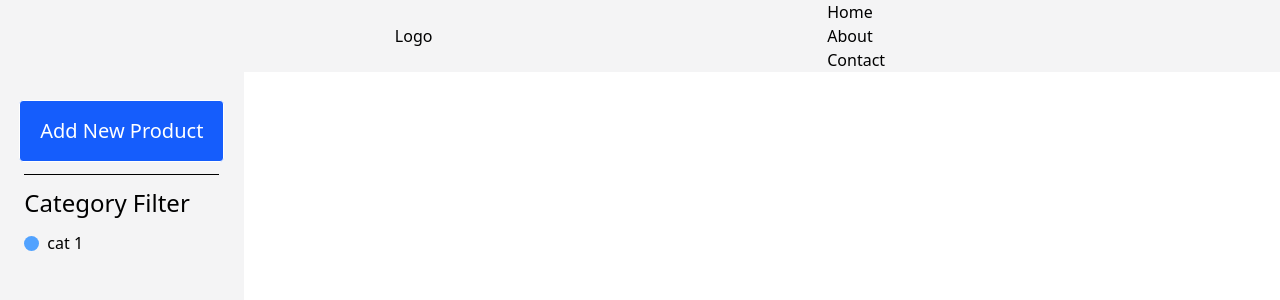
Repository: Habeebur1493/project
Page: /Home
An editor plug-in stored every save of this project. The page is shown before and after the next save, followed by the edit.
The browser window is 1280 px wide. The pictures show the whole page.
The page's requests for data from a server got no answer. The project was rebuilt for these pictures with package versions that can differ from the ones it lists, and the page was loaded fresh each time. No one was signed in, and anything a server would have sent is missing. Also part of the build but not shown: vite.config.js, src/Components/Login.jsx, src/Components/Loading.jsx, src/Components/Details.jsx.

Above is the page before, as saved 2025-01-31 17:50:22.

### index.html
<!doctype html>
<html lang="en">
  <head>
    <meta charset="UTF-8" />
    <meta name="viewport" content="width=device-width, initial-scale=1.0" />
    <title>Project</title>
  </head>
  <body>
    <div id="root"></div>
    <script type="module" src="/src/main.jsx"></script>
  </body>
</html>

### src/main.jsx
import React from "react";
import { createRoot } from "react-dom/client";
import App from "./App.jsx";
import { BrowserRouter } from "react-router-dom";
import Context from "./Components/utils/Context.jsx";

createRoot(document.getElementById("root")).render(
  <Context>
    <BrowserRouter>
      <App />
    </BrowserRouter>
    </Context>

);

### src/App.jsx
import React from "react";
import "./App.css";
import { Route, Routes } from "react-router-dom";
import Login from "./Components/Login.jsx";
import Home from "./Components/Home.jsx";
import Details from "./Components/Details.jsx";


const App = () => {
  return (
    <div className="h-screen w-screen flex">
      <Routes>
        <Route path="/" element={<Login />} />
        <Route path="/Home" element={<Home />} />
        <Route path="/details/:id" element={<Details />} />
      </Routes>
    </div>
  );
};

export default App;

### src/Components/utils/Context.jsx
import React, { createContext, useEffect, useState } from "react";
import axios from "axios";

export const ProductContext = createContext();

const Context = ({children}) => {
  const [products, setproducts] = useState([]);

  const getproducts = async () => {
    try {
      const { data } = await axios.get("https://fakestoreapi.com/products");
      console.log("Fetched products:", data);
      setproducts(data);
    } catch (error) {
      console.log( "Error Fetching products"  ,error);
    }
  };

  useEffect(() => {
    getproducts();
  }, []);

  return (
    <ProductContext.Provider value={{products, setproducts}}>
      {children}
    </ProductContext.Provider>
  );
};

export default Context;

### src/Components/Home.jsx
import React, { useContext } from "react";
import { Link } from "react-router-dom";
import Nav from "./Nav";
import { ProductContext } from "./utils/Context";
import Loading from "./Loading";

const Home = () => {
  const { products } = useContext(ProductContext);

  if (!products) {
    return <Loading />;
  } else if (products.length < 0) {
    return <h1 className="text-center text-3xl">No products found</h1>;
  }
  return (
    <>
      <Nav />
      <div className="w-[85%] px-3 py-25 flex flex-wrap overflow-x-hidden overflow-y-auto">
        {products.map((p) => (
          <Link
            key={p.id}
            to={`/details/${p.id}`}
            className="mr-3 mb-3 card p-3 border shadow rounded w-[18%] h-[30vh] flex-col flex
         justify-center items-center"
          >
            <div
              className="hover:scale-110 mb-3 w-full h-[80%] bg-contain bg-no-repeat bg-center"
              style={{ backgroundImage: `url(${p.image})` }}
            ></div>
            <h1 className="hover:text-blue-300">{p.title}</h1>
          </Link>
        ))}
      </div>
    </>
  );
};
export default Home;

### src/Components/Nav.jsx
import React from "react";

const Nav = () => {

  return (
    <>
      <nav className="w-[20%] h-[100%] bg-zinc-100 flex flex-col items-center pt-5  ">
        <a
          className="mt-20 py-4 px-5 border rounded text-white text-xl bg-blue-600"
          href="/create"
        >
          Add New Product
        </a>
        <hr className="my-3 w-[80%]" />
        <h1 className="text-2xl mb-3 w-[80%]">Category Filter</h1>
        <ul className="w-[80%]">
          <li className="flex items-center mb-3">
            <span className="rounded-full mr-2 w-[15px] h-[15px] bg-blue-400"></span>
            {""}
            cat 1
          </li>
        </ul>
      </nav>

      <nav className="w-screen h-[10%] bg-zinc-100 flex justify-evenly items-center absolute overflow-y-auto">
        <h1>Logo</h1>
        <ul>
          <li>Home</li>
          <li>About</li>
          <li>Contact</li>
        </ul>
      </nav>
    </>
  );
};

export default Nav;

Loaded but not shown: src/App.css (common file)

After the next save:
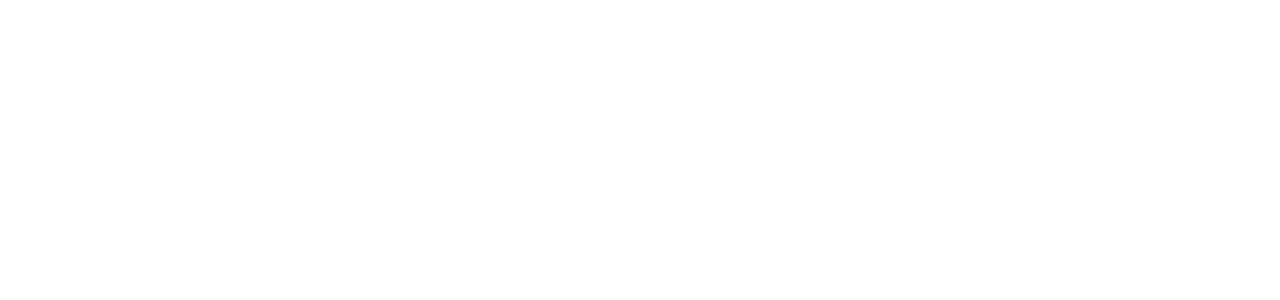
Console error: ReferenceError: useContext is not defined
Saved 5 min 0 s later.
--- a/src/Components/Nav.jsx
+++ b/src/Components/Nav.jsx
@@ -1,6 +1,9 @@
 import React from "react";
 
 const Nav = () => {
+  const { products } = useContext(ProductContext);
+
+  const category  = products.reduce((acc, cv)=>[])
 
   return (
     <>

After the 5 saves that followed:
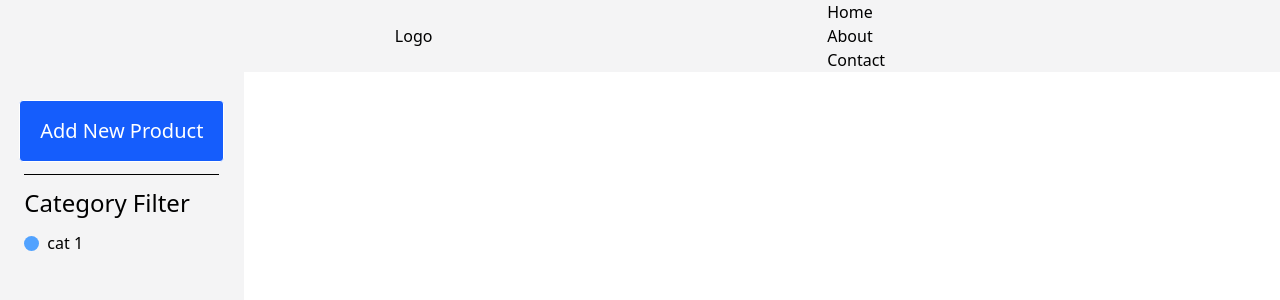
The error is gone.
The 5 saves are shown as one change because 1 did not build or start and 3 left the picture as it was.
The last was saved 2 min 4 s later.
--- a/src/Components/Nav.jsx
+++ b/src/Components/Nav.jsx
@@ -1,9 +1,13 @@
-import React from "react";
+import React, { useContext } from "react";
+import { ProductContext } from "./utils/Context";
+
 
 const Nav = () => {
   const { products } = useContext(ProductContext);
 
-  const category  = products.reduce((acc, cv)=>[])
+  const category  =
+  products && products.reduce((acc, cv)=>[...acc, cv], []);
+  console.log(category);
 
   return (
     <>
